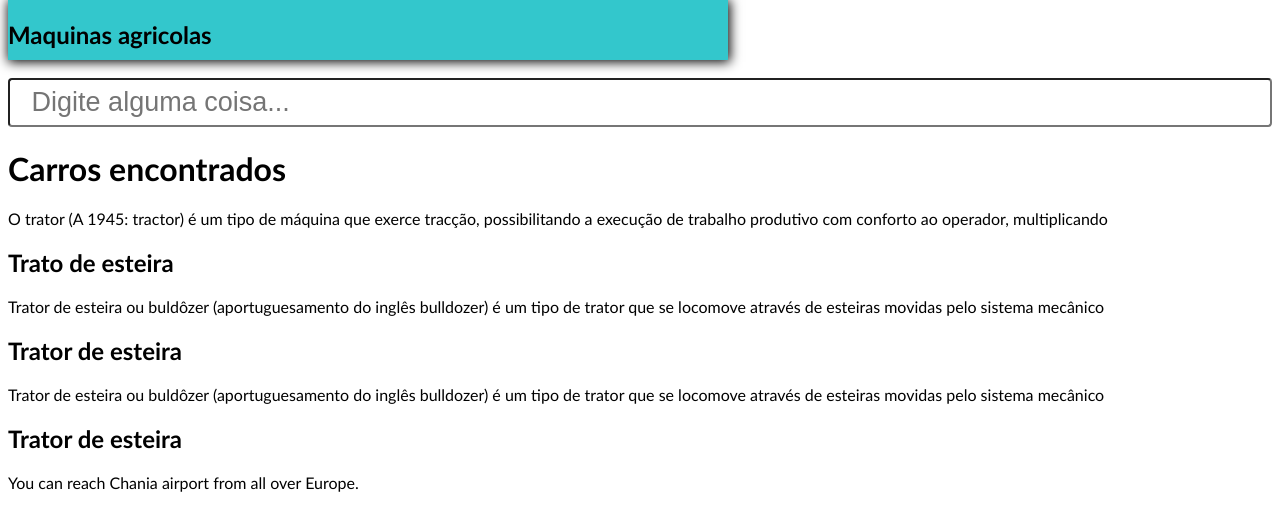
Repository: ecrseer/pesquisa-carros-html
Page: news.html
These files come from the project's save history. The page is drawn as it stood at one moment and after the next save; the edit follows.
The browser window is 1280 px wide. The pictures show the whole page.

Above is the page before, as saved 2022-01-21 16:33:00.

### news.html
<!doctype html>

<html lang="pt-br">
  <html lang="pt-br">
    <head>
        <meta charset="UTF-8"/>
        <meta name="viewport" content="width=device-width,
        initial-scale=1.0"/>
        <meta http-equiv="X-UA-Compatible" content="ie=edge">
        <title>Vendarro LTDA</title>

  <link rel="stylesheet" href="news.css">

</head>

<body>
    <nav class="header">
        <h1>Maquinas agricolas</h1>

      </nav>
      <div class="">
        <div class="espaco"></div>
        <div class="row">
               <input type="text" class="maxwidth borda-redonda"
               placeholder="Digite alguma coisa...">
        </div>


        <div class="row">
          <h1>Carros encontrados</h1>
          <p>O trator (A 1945: tractor) é um tipo de máquina que exerce tracção, possibilitando a execução de trabalho produtivo com conforto ao operador, multiplicando </p>
        </div>

        <div class="col-3 col-s-12">
          <div class="aside">
            <h2>Trato de esteira</h2>
            <p>Trator de esteira ou buldôzer (aportuguesamento do inglês bulldozer) é um tipo de trator que se locomove através de esteiras movidas pelo sistema mecânico</p>
            <h2>Trator de esteira</h2>
            <p>Trator de esteira ou buldôzer (aportuguesamento do inglês bulldozer) é um tipo de trator que se locomove através de esteiras movidas pelo sistema mecânico</p>
            <h2>Trator de esteira</h2>
            <p>You can reach Chania airport from all over Europe.</p>

          </div>
        </div>


      </div>

  <script src="scripts.js"></script>

</body>
</html>

### news.css
* {
    box-sizing: border-box;
    --topbar-altura:60px;
  }

  html {
    font-family: "Calibri","Lucida Sans", sans-serif;
  }
  .espaco{
    height: calc(var(--topbar-altura) + 10px);
  }
  .maxwidth{
    width: 100%;
  }
  .borda-redonda{
    border-radius: 4px;
  }
  input{
    padding: 1vh;
    padding-left: 3vh;
    font-size: 27px;
  }

  .header {
    background-color: #33c7cc;
    position: fixed;
    top:0;
    width: 100vh;
    max-height: var(--topbar-altura);
    box-shadow: 1px 1px 11px 1px;
  }

### scripts.js
function recurs(nmbr){

    if (nmbr==1)
    return 1;
    else
    arr.push(3*recurs(nmbr-1));
}

let
    isWhite = false,
    arr=[];
    let
    fixo=new Array(5);

    fixo[0]='E';
    fixo[4]='S';
    console.log(fixo);


function changeTheme(){
    isWhite ? document.querySelector("body").style.backgroundColor='#010101' :
    document.querySelector("body").style.backgroundColor='#fff';

    isWhite= !isWhite;

    function hapn(){
        console.log('data');
    }

    console.log(arr);
}

After the next save:
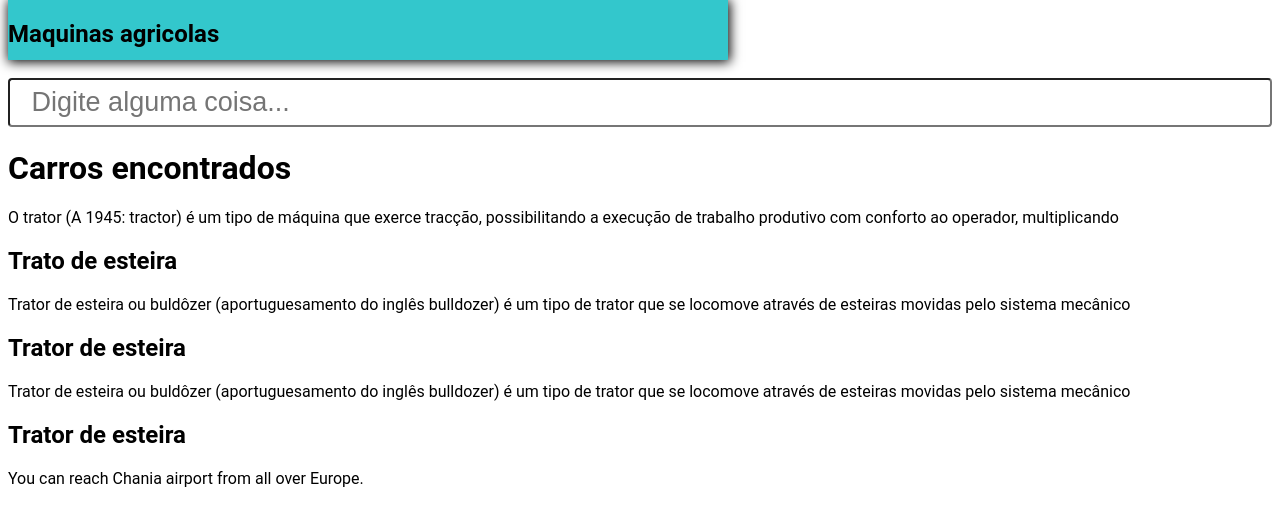
Saved 6 s later.
--- a/news.css
+++ b/news.css
@@ -4,7 +4,7 @@
   }
 
   html {
-    font-family: "Calibri","Lucida Sans", sans-serif;
+    font-family: "Roboto","Lucida Sans", sans-serif;
   }
   .espaco{
     height: calc(var(--topbar-altura) + 10px);
